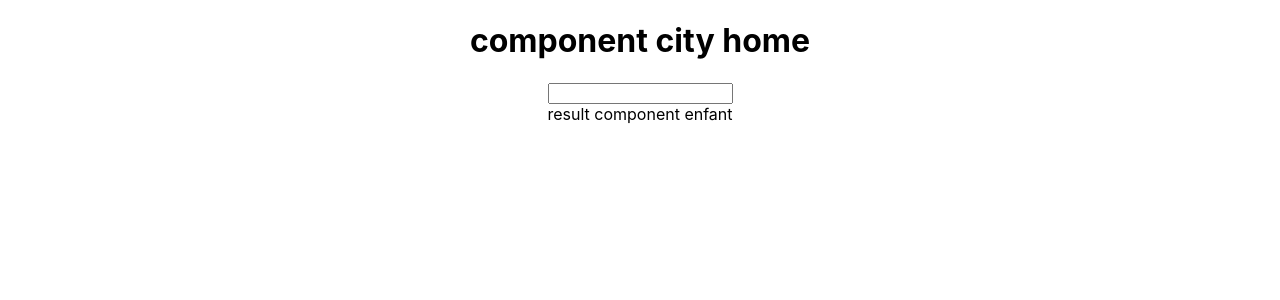
Repository: julieLyM/app-weather
Page: / (app in client/)
These files come from the project's save history. The page is drawn as it stood at one moment and after the next save; the edit follows.
The browser window is 1280 px wide. The pictures show the whole page.
The project was rebuilt for these pictures with package versions that can differ from the ones it lists, and the page was loaded fresh each time.

Above is the page before, as saved 2020-08-28 10:13:35.

After the next save:
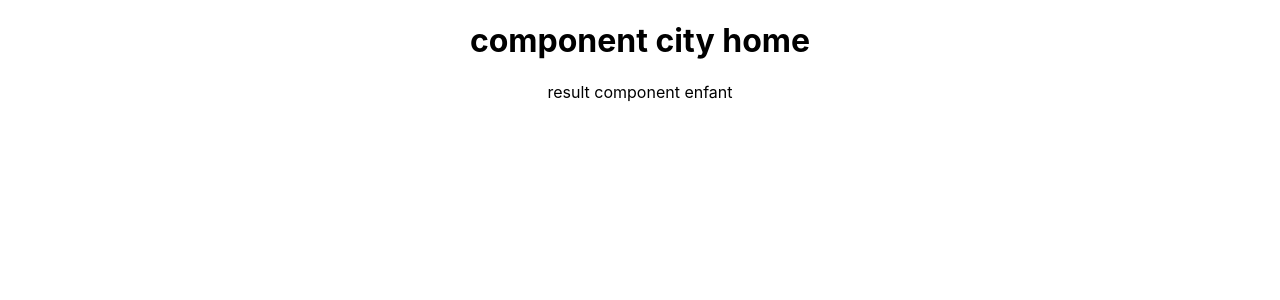
Saved 36 s later.
--- a/client/src/components/City.js
+++ b/client/src/components/City.js
@@ -29,8 +29,8 @@ export default class City extends Component {
     return (
       <div>
         <h1>component city home</h1>
-        <input></input>
         <Results />
+
       </div>
     );
   }
